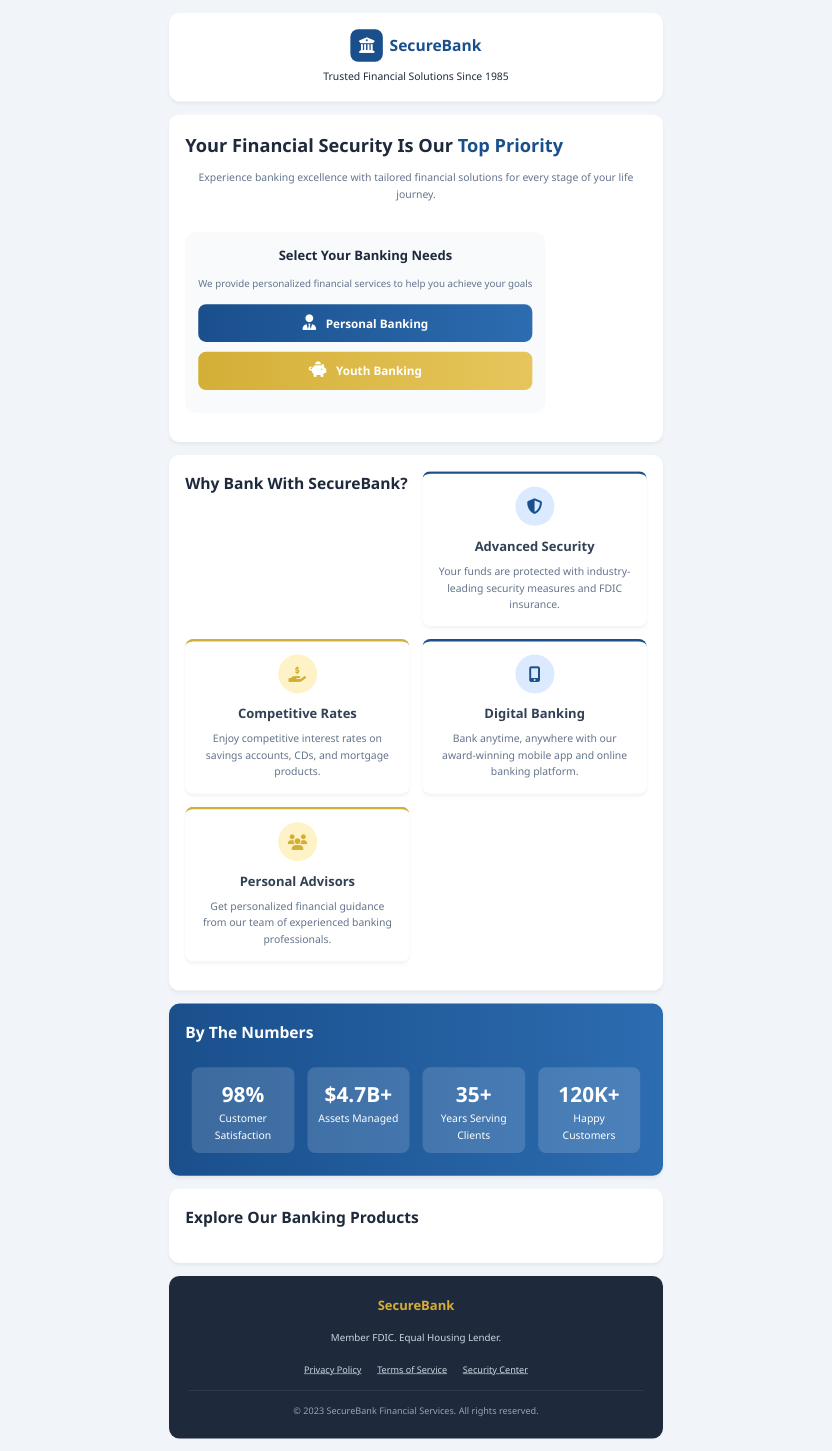
Repository: meenadabhii/loancalculator.nurcodes.com
Page: index.html
The author's editor kept a copy of each file at every save. The page is drawn from the files as they stood at one save, then again after the next save.
The browser window is 1280 px wide. The pictures show the whole page, at 65% of full size.

Above is the page before, as saved 2025-08-29 22:25:34.

### index.html
<!DOCTYPE html>
<html lang="en">

<head>
    <meta charset="UTF-8">
    <meta name="viewport" content="width=device-width, initial-scale=1.0">
    <title>SecureBank - Financial Solutions</title>
    <link rel="stylesheet" href="https://cdnjs.cloudflare.com/ajax/libs/font-awesome/6.4.0/css/all.min.css">
    <link rel="preconnect" href="https://pagead2.googlesyndication.com">
    <link rel="preconnect" href="https://googleads.g.doubleclick.net">
    <link rel="preconnect" href="https://tpc.googlesyndication.com">

    <script async src="https://pagead2.googlesyndication.com/pagead/js/adsbygoogle.js?client=ca-pub-9383584644305078"
        crossorigin="anonymous"></script>
    <style>
        :root {
            --primary-blue: #1a4f8c;
            --secondary-blue: #2c6cb0;
            --accent-gold: #d4af37;
            --dark-blue: #1e293b;
            --light-gray: #f8fafc;
        }

        * {
            margin: 0;
            padding: 0;
            box-sizing: border-box;
            font-family: 'Segoe UI', Tahoma, Geneva, Verdana, sans-serif;
        }

        body {
            background-color: #f1f5f9;
            color: #334155;
            line-height: 1.6;
        }

        .container {
            max-width: 800px;
            margin: 0 auto;
            padding: 20px;
        }

        .header {
            text-align: center;
            padding: 25px 0;
            background: white;
            border-radius: 16px;
            box-shadow: 0 4px 6px rgba(0, 0, 0, 0.05);
            margin-bottom: 20px;
        }

        .content-section {
            background: white;
            padding: 25px;
            border-radius: 16px;
            box-shadow: 0 4px 6px rgba(0, 0, 0, 0.05);
            margin-bottom: 20px;
        }

        .age-btn {
            display: block;
            padding: 15px;
            border-radius: 12px;
            text-decoration: none;
            font-weight: 600;
            font-size: 18px;
            margin: 15px 0;
            text-align: center;
            transition: transform 0.3s, box-shadow 0.3s;
        }

        .age-btn:hover {
            transform: translateY(-2px);
            box-shadow: 0 6px 12px rgba(0, 0, 0, 0.15);
        }

        .icon-circle {
            width: 60px;
            height: 60px;
            border-radius: 50%;
            display: flex;
            align-items: center;
            justify-content: center;
            margin: 0 auto 15px;
            font-size: 24px;
        }

        .card {
            border-radius: 12px;
            box-shadow: 0 4px 6px rgba(0, 0, 0, 0.05);
            margin-bottom: 20px;
            transition: transform 0.3s;
        }

        .card:hover {
            transform: translateY(-5px);
        }

        .stat-box {
            text-align: center;
            padding: 15px;
            background: rgba(255, 255, 255, 0.15);
            border-radius: 12px;
            margin: 10px;
            flex: 1;
            min-width: 130px;
        }

        .footer {
            background: var(--dark-blue);
            color: white;
            padding: 30px;
            border-radius: 16px;
            text-align: center;
        }

        .ad-container {
            background: white;
            padding: 15px;
            border-radius: 12px;
            margin-bottom: 20px;
            text-align: center;
        }

        .ad-label {
            color: #64748b;
            font-size: 12px;
            text-transform: uppercase;
            margin-bottom: 8px;
        }

        @media (min-width: 768px) {
            .content-section {
                display: flex;
                flex-wrap: wrap;
                justify-content: space-between;
            }

            .card {
                flex-basis: calc(50% - 10px);
            }

            .stats-container {
                display: flex;
                flex-wrap: wrap;
                justify-content: center;
            }
        }

        .text-white {
            color: white;
        }

        .btn-outline {
            background: transparent;
            border: 2px solid var(--accent-gold);
            color: var(--accent-gold);
        }

        .btn-outline:hover {
            background: var(--accent-gold);
            color: white;
        }
    </style>


</head>

<body>
    <div class="container">
        <!-- Header -->
        <div class="header">
            <div style="display: flex; align-items: center; justify-content: center; margin-bottom: 10px;">
                <div style="width: 50px; height: 50px; border-radius: 12px; background: var(--primary-blue); display: flex; align-items: center; justify-content: center; margin-right: 10px;">
                    <i class="fas fa-university text-white" style="font-size: 24px;"></i>
                </div>
                <h1 style="font-size: 24px; font-weight: 700; color: var(--primary-blue);">SecureBank</h1>
            </div>
            <p style="color: var(--dark-blue); font-size: 16px;">Trusted Financial Solutions Since 1985</p>
        </div>
        <!-- Hero Section -->
        <div class="content-section" style="text-align: center;">
            <h2 style="font-size: 28px; font-weight: 700; margin-bottom: 15px; color: var(--dark-blue);">Your Financial Security Is Our <span style="color: var(--primary-blue);">Top Priority</span></h2>
            <p style="color: #64748b; margin-bottom: 25px; font-size: 16px;">Experience banking excellence with tailored financial solutions for every stage of your life journey.</p>

            <div style="background: var(--light-gray); padding: 20px; border-radius: 16px; margin: 20px 0;">
                <h3 style="font-size: 20px; font-weight: 600; margin-bottom: 15px; color: var(--dark-blue);">Select Your Banking Needs</h3>
                <p style="color: #64748b; margin-bottom: 20px; font-size: 15px;">We provide personalized financial services to help you achieve your goals</p>

                <a href="fin24.html" class="age-btn"
                    style="background: linear-gradient(to right, var(--primary-blue), var(--secondary-blue)); color: white;">
                    <i class="fas fa-user-tie" style="margin-right: 10px; font-size: 24px;"></i>
                    Personal Banking
                </a>

                <a href="child.html" class="age-btn"
                    style="background: linear-gradient(to right, var(--accent-gold), #e6c65c); color: white;">
                    <i class="fas fa-piggy-bank" style="margin-right: 10px; font-size: 24px;"></i>
                    Youth Banking
                </a>
            </div>
        </div>

        <!-- Features Section -->
        <div class="content-section">
            <h2 style="font-size: 24px; font-weight: 700; text-align: center; margin-bottom: 25px; color: var(--dark-blue);">
                Why Bank With SecureBank?</h2>

            <div class="card" style="background: white; padding: 20px; border-top: 4px solid var(--primary-blue);">
                <div class="icon-circle" style="background: #dbeafe;">
                    <i class="fas fa-shield-alt" style="color: var(--primary-blue);"></i>
                </div>
                <h3 style="font-size: 20px; font-weight: 600; text-align: center; margin-bottom: 10px;">Advanced Security</h3>
                <p style="color: #64748b; text-align: center;">Your funds are protected with industry-leading security measures and FDIC insurance.</p>
            </div>

            <div class="card" style="background: white; padding: 20px; border-top: 4px solid var(--accent-gold);">
                <div class="icon-circle" style="background: #fef3c7;">
                    <i class="fas fa-hand-holding-usd" style="color: var(--accent-gold);"></i>
                </div>
                <h3 style="font-size: 20px; font-weight: 600; text-align: center; margin-bottom: 10px;">Competitive Rates</h3>
                <p style="color: #64748b; text-align: center;">Enjoy competitive interest rates on savings accounts, CDs, and mortgage products.</p>
            </div>

            <div class="card" style="background: white; padding: 20px; border-top: 4px solid var(--primary-blue);">
                <div class="icon-circle" style="background: #dbeafe;">
                    <i class="fas fa-mobile-alt" style="color: var(--primary-blue);"></i>
                </div>
                <h3 style="font-size: 20px; font-weight: 600; text-align: center; margin-bottom: 10px;">Digital Banking</h3>
                <p style="color: #64748b; text-align: center;">Bank anytime, anywhere with our award-winning mobile app and online banking platform.</p>
            </div>

            <div class="card" style="background: white; padding: 20px; border-top: 4px solid var(--accent-gold);">
                <div class="icon-circle" style="background: #fef3c7;">
                    <i class="fas fa-users" style="color: var(--accent-gold);"></i>
                </div>
                <h3 style="font-size: 20px; font-weight: 600; text-align: center; margin-bottom: 10px;">Personal Advisors</h3>
                <p style="color: #64748b; text-align: center;">Get personalized financial guidance from our team of experienced banking professionals.</p>
            </div>
        </div>



        <!-- Stats Section -->
        <div class="content-section"
            style="background: linear-gradient(to right, var(--primary-blue), var(--secondary-blue)); color: white;">
            <h2 style="font-size: 24px; font-weight: 700; text-align: center; margin-bottom: 25px;">By The Numbers</h2>

            <div class="stats-container">
                <div class="stat-box">
                    <p style="font-size: 32px; font-weight: 700;">98%</p>
                    <p style="font-size: 16px;">Customer Satisfaction</p>
                </div>

                <div class="stat-box">
                    <p style="font-size: 32px; font-weight: 700;">$4.7B+</p>
                    <p style="font-size: 16px;">Assets Managed</p>
                </div>

                <div class="stat-box">
                    <p style="font-size: 32px; font-weight: 700;">35+</p>
                    <p style="font-size: 16px;">Years Serving Clients</p>
                </div>

                <div class="stat-box">
                    <p style="font-size: 32px; font-weight: 700;">120K+</p>
                    <p style="font-size: 16px;">Happy Customers</p>
                </div>
            </div>
        </div>

        <!-- Banking Products Section -->
        <div class="content-section">
            <h2 style="font-size: 24px; font-weight: 700; text-align: center; margin-bottom: 25px; color: var(--dark-blue);">
                Explore Our Banking Products</h2>


        </div>

        <!-- Footer -->
        <div class="footer">
            <h3 style="font-size: 20px; font-weight: 700; margin-bottom: 20px; color: var(--accent-gold);">SecureBank</h3>
            <p style="color: #cbd5e1; margin-bottom: 25px; font-size: 15px;">Member FDIC. Equal Housing Lender.</p>



            <div style="margin: 20px 0;">
                <a href="#" style="color: #cbd5e1; margin: 0 10px; font-size: 14px;">Privacy Policy</a>
                <a href="#" style="color: #cbd5e1; margin: 0 10px; font-size: 14px;">Terms of Service</a>
                <a href="#" style="color: #cbd5e1; margin: 0 10px; font-size: 14px;">Security Center</a>
            </div>

            <p style="color: #94a3b8; font-size: 14px; border-top: 1px solid #334155; padding-top: 20px;">&copy; 2023 SecureBank Financial Services. All rights reserved.</p>
        </div>
    </div>
</body>

</html

After the next save:
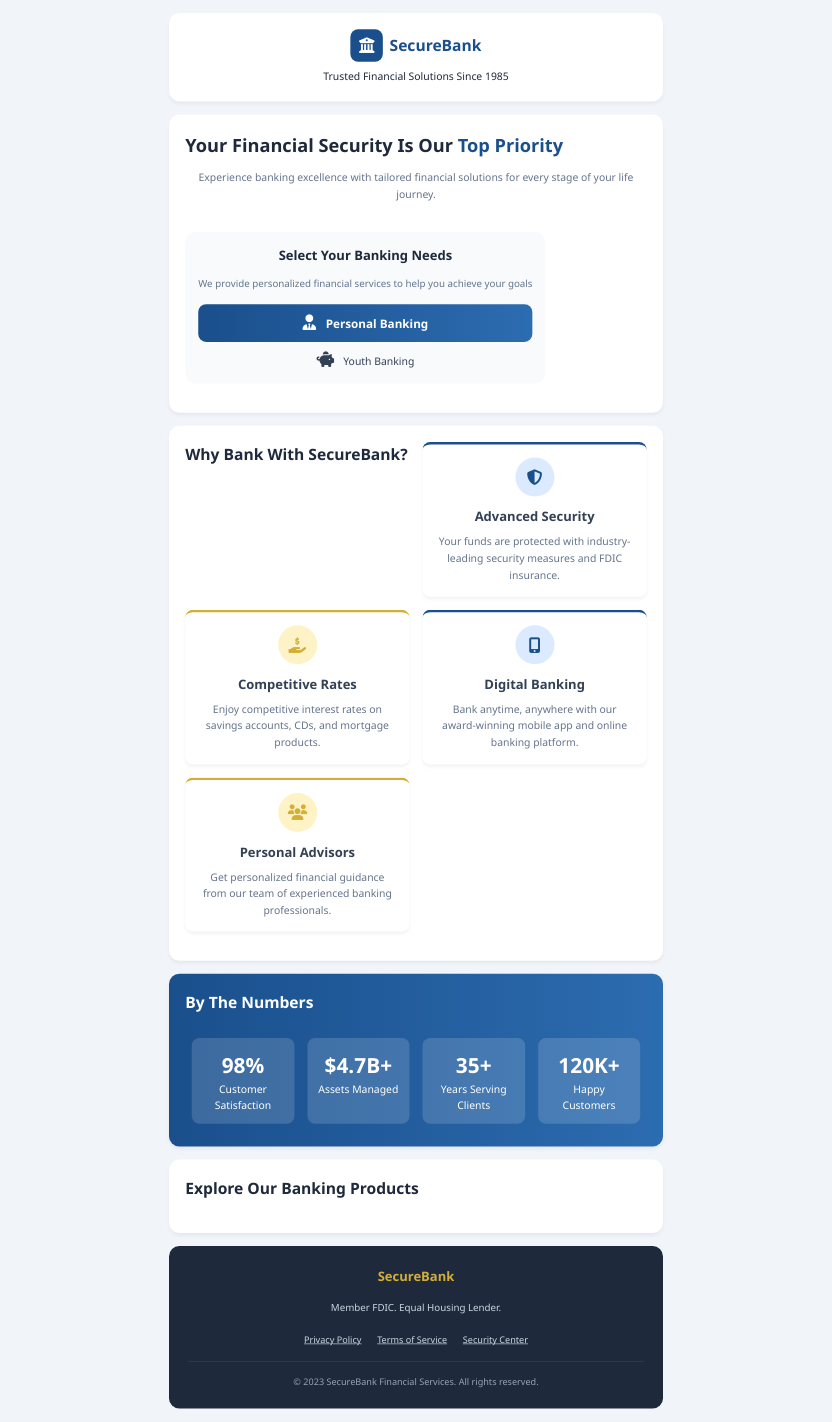
Saved 6 min 50 s later.
--- a/index.html
+++ b/index.html
@@ -191,7 +191,7 @@
                     style="background: linear-gradient(to right, var(--primary-blue), var(--secondary-blue)); color: white;">
                     <i class="fas fa-user-tie" style="margin-right: 10px; font-size: 24px;"></i>
                     Personal Banking
-                </a>
+                </a
 
                 <a href="child.html" class="age-btn"
                     style="background: linear-gradient(to right, var(--accent-gold), #e6c65c); color: white;">

After the save that followed:
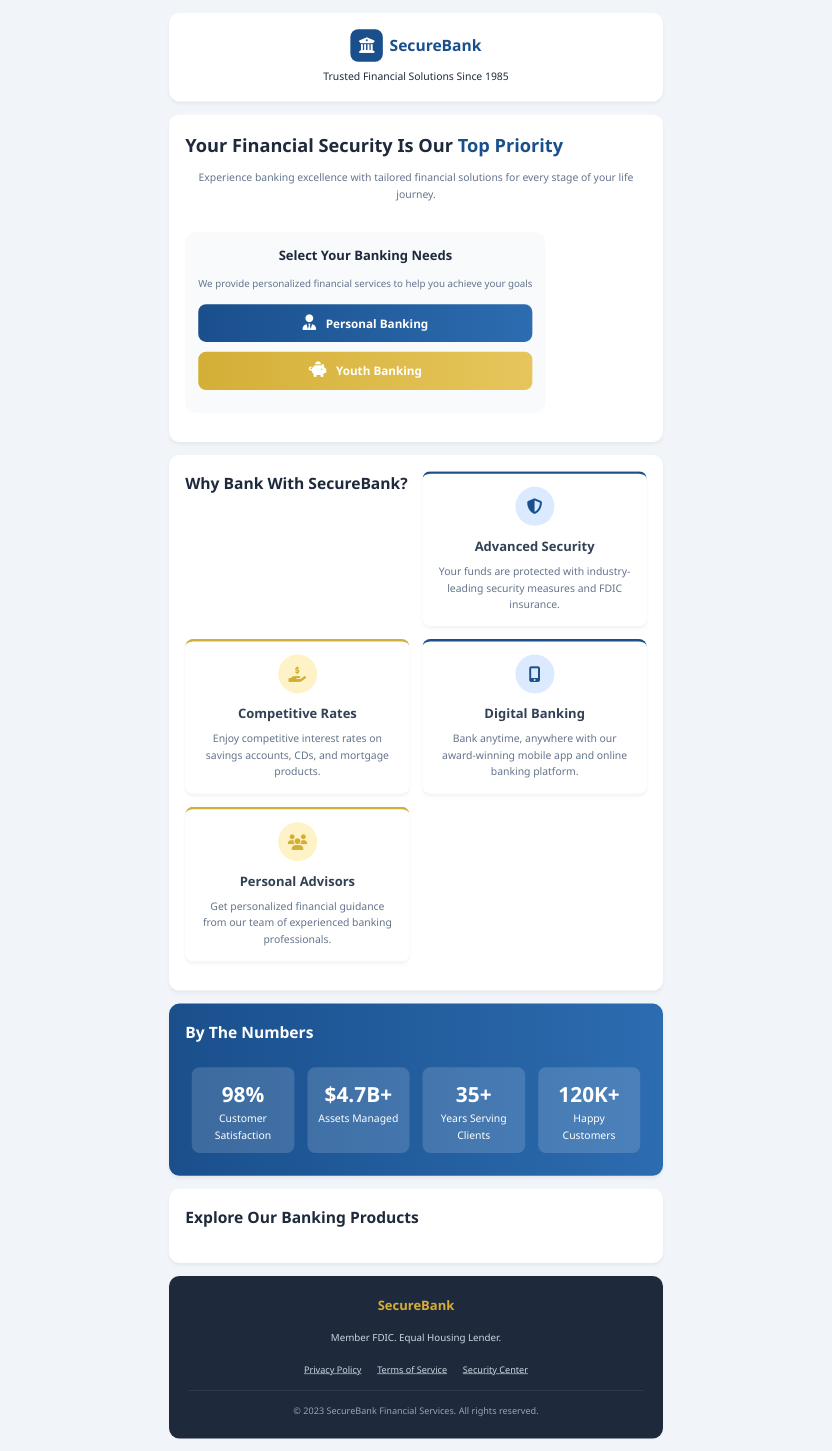
Saved 9 s later.
--- a/index.html
+++ b/index.html
@@ -191,7 +191,7 @@
                     style="background: linear-gradient(to right, var(--primary-blue), var(--secondary-blue)); color: white;">
                     <i class="fas fa-user-tie" style="margin-right: 10px; font-size: 24px;"></i>
                     Personal Banking
-                </a
+                </a>
 
                 <a href="child.html" class="age-btn"
                     style="background: linear-gradient(to right, var(--accent-gold), #e6c65c); color: white;">
